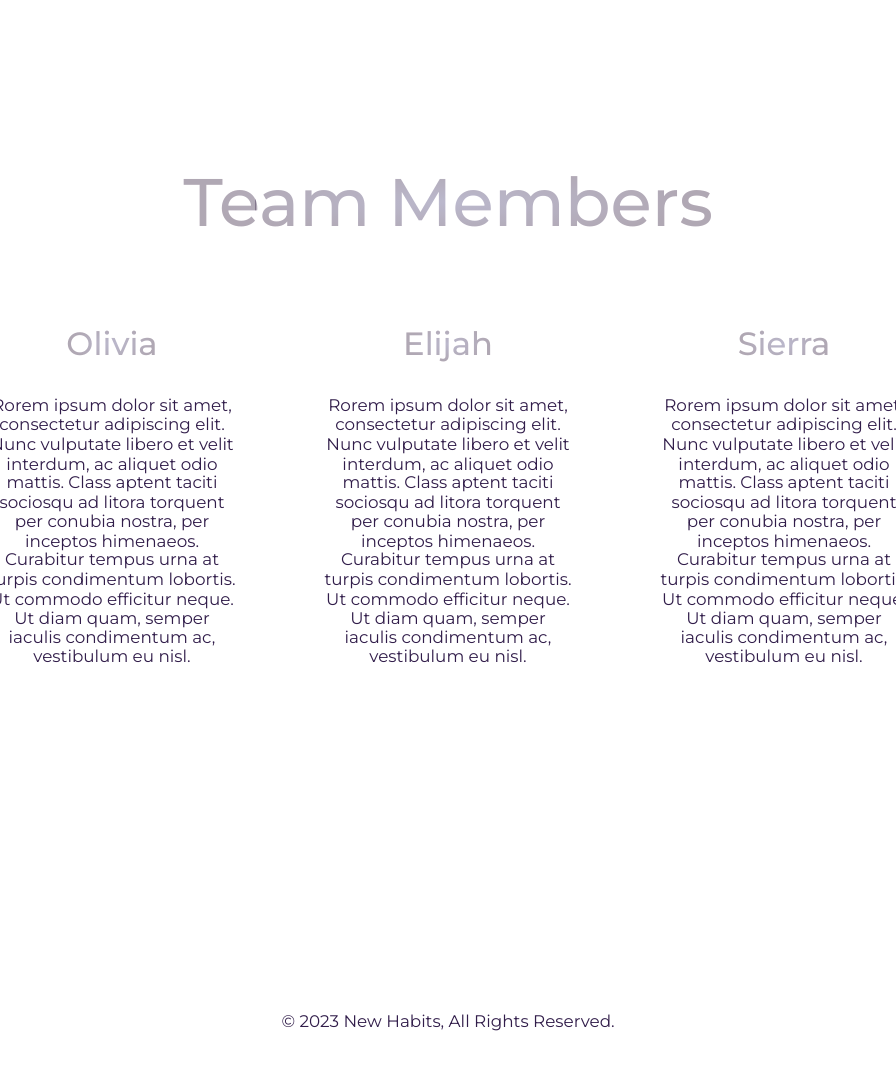
Repository: sierralaurent/Styleguide-Big_Project
Page: visuals.html
The author's editor kept a copy of each file at every save. The page is drawn from the files as they stood at one save, then again after the next save.
The browser window is 1280 px wide. The pictures show the part of the page from y = 2052 to 3972 px (the page is 3608 px tall before and 4480 px after), at 70% of full size.
Some web fonts or font styles are not loaded; a fallback is used.

Above is the page before, as saved 2023-03-10 13:01:21.

After the next save:
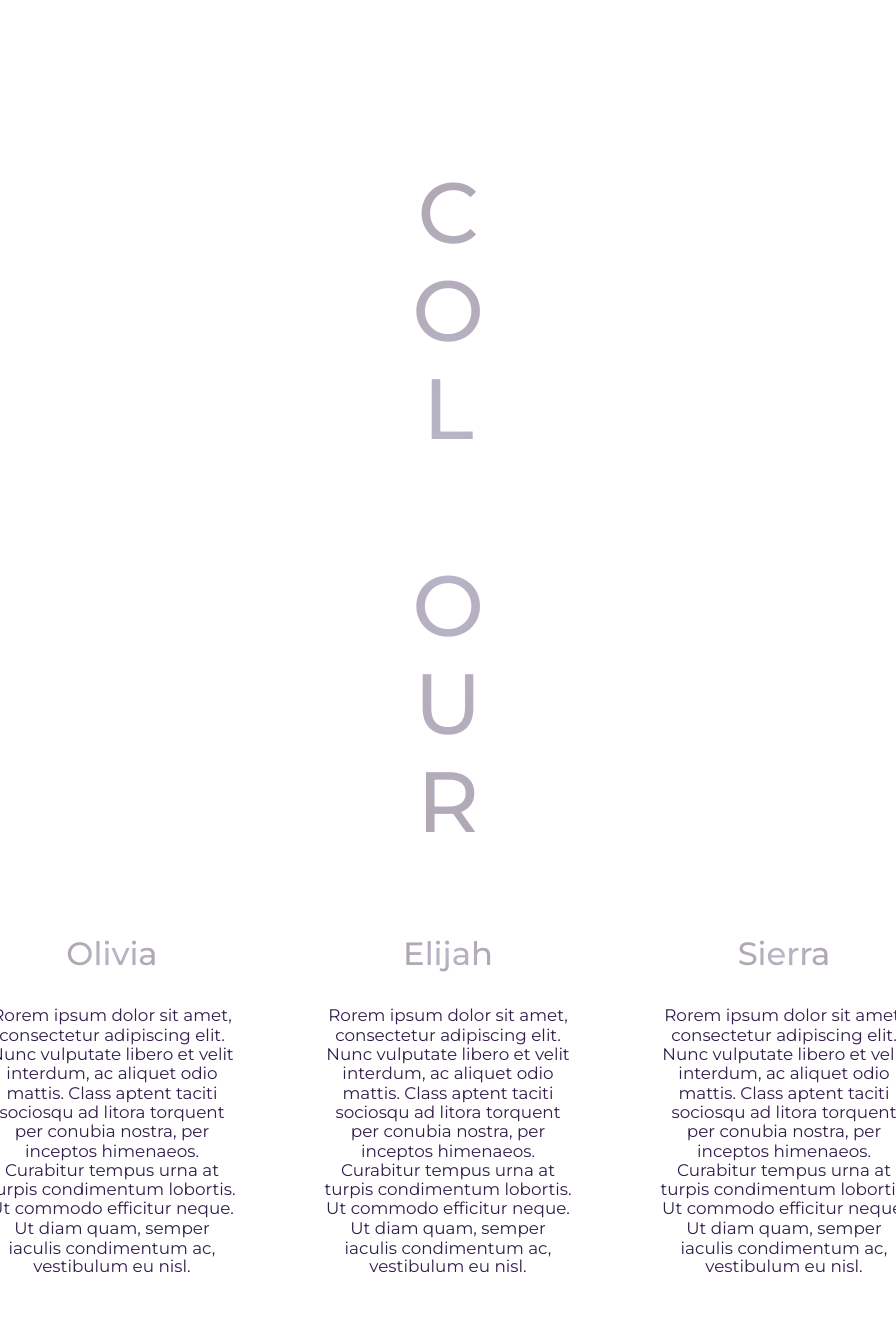
Saved 48 s later.
--- a/visuals.html
+++ b/visuals.html
@@ -79,9 +79,21 @@
           </p>
         </div>
         <div class="home-container4">
-          <div class="home-container5">
-            <h2 class="home-text18 Title">Team Members</h2>
-          </div>
+            <p class="home-text03 sidetitle">
+                <span>C</span>
+                <br />
+                <span>O</span>
+                <br />
+                <span>L</span>
+                <br />
+                <br />
+                <span>O</span>
+                <br />
+                <span>U</span>
+                <br />
+                <span>R</span>
+                <br />
+              </p>
         </div>
         <div class="home-container6">
           <div class="home-olivia">
